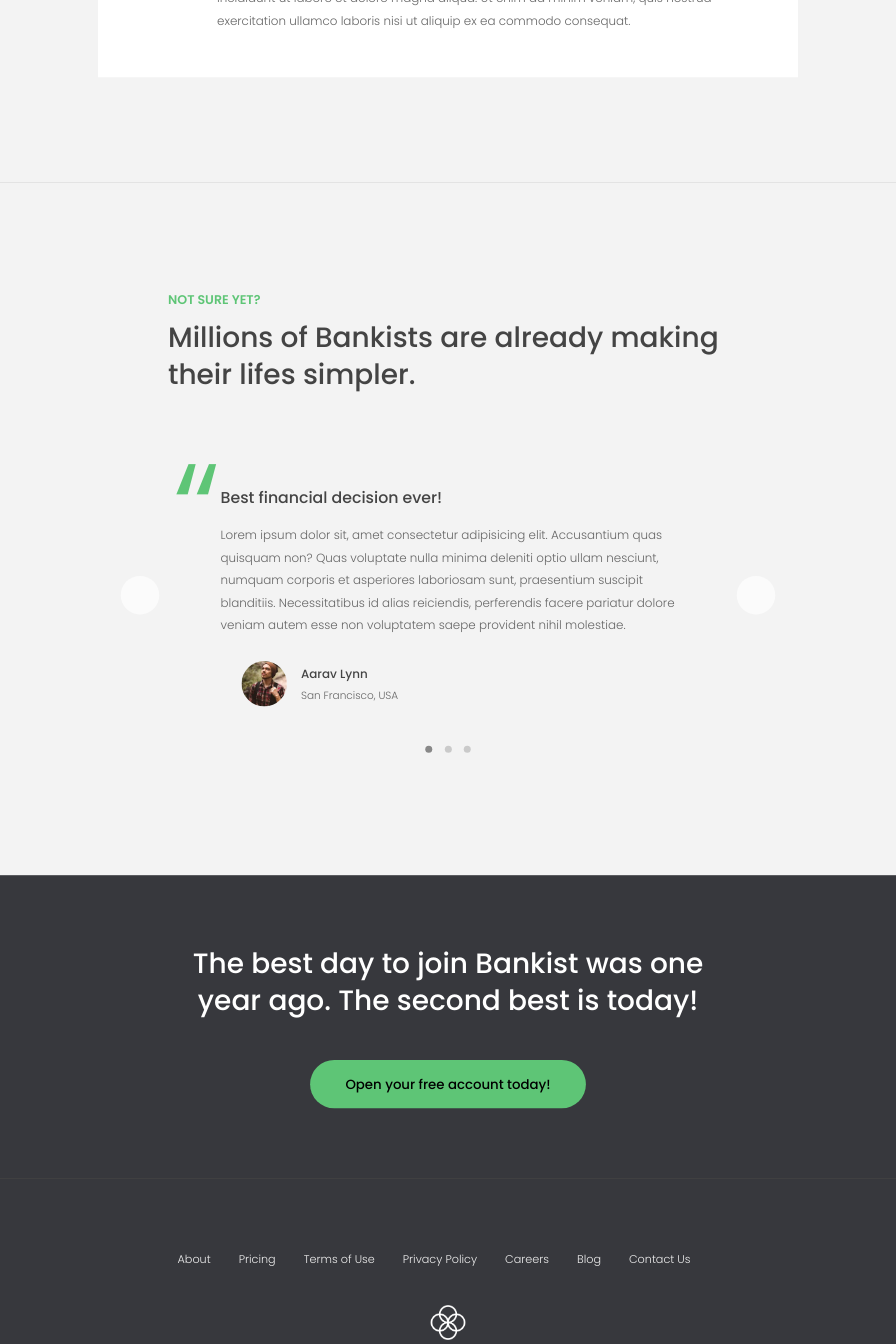
Repository: nptg3105/Bankist
Page: index.html
The author's editor kept a copy of each file at every save. The page is drawn from the files as they stood at one save, then again after the next save.
The browser window is 1280 px wide. The pictures show the part of the page from y = 2796 to 4716 px (the page is 4887 px tall), at 70% of full size.
Some web libraries are served in a nearby version.

Above is the page before, as saved 2022-06-02 13:59:23.

### index.html
<!DOCTYPE html>
<html lang="en">
  <head>
    <meta charset="UTF-8" />
    <meta name="viewport" content="width=device-width, initial-scale=1.0" />
    <meta http-equiv="X-UA-Compatible" content="ie=edge" />
    <link rel="shortcut icon" type="image/png" href="images/icon.png" />

    <link
      href="https://fonts.googleapis.com/css?family=Poppins:300,400,500,600&display=swap"
      rel="stylesheet"
    />
    <link
      rel="stylesheet"
      href="https://cdnjs.cloudflare.com/ajax/libs/font-awesome/6.1.1/css/all.min.css"
      integrity="sha512-KfkfwYDsLkIlwQp6LFnl8zNdLGxu9YAA1QvwINks4PhcElQSvqcyVLLD9aMhXd13uQjoXtEKNosOWaZqXgel0g=="
      crossorigin="anonymous"
      referrerpolicy="no-referrer"
    />
    <link rel="stylesheet" href="dist/index.css" />
    <title>Bankist | When Banking meets Minimalist</title>
  </head>
  <body>
    <header class="header">
      <nav class="nav">
        <img
          src="images/logo.png"
          alt="Bankist logo"
          class="nav__logo"
          id="logo"
        />
        <ul class="nav__links">
          <li class="nav__item">
            <a class="nav__link" href="#section--1">Features</a>
          </li>
          <li class="nav__item">
            <a class="nav__link" href="#section--2">Operations</a>
          </li>
          <li class="nav__item">
            <a class="nav__link" href="#section--3">Testimonials</a>
          </li>
          <li class="nav__item">
            <a class="nav__link nav__link--btn btn--show-modal" href="#"
              >Open account</a
            >
          </li>
        </ul>
      </nav>

      <div class="header__title">
        <h1>
          When
          <!-- Green highlight effect -->
          <span class="highlight">banking</span>
          meets<br />
          <span class="highlight">minimalist</span>
        </h1>
        <h4>A simpler banking experience for a simpler life.</h4>
        <button class="btn--text btn--scroll-to">Learn more &DownArrow;</button>
        <img
          src="images/hero.png"
          class="header__img"
          alt="Minimalist bank items"
        />
      </div>
    </header>

    <section class="section" id="section--1">
      <div class="section__title">
        <h2 class="section__description">Features</h2>
        <h3 class="section__header">
          Everything you need in a modern bank and more.
        </h3>
      </div>

      <div class="features">
        <img
          src="images/digital-lazy.jpg"
          data-src="images/digital.jpg"
          alt="Computer"
          class="features__img lazy-img"
        />
        <div class="features__feature">
          <div class="features__icon">
            <svg>
              <use xlink:href="images/icons.svg#icon-monitor"></use>
            </svg>
          </div>
          <h5 class="features__header">100% digital bank</h5>
          <p>
            Lorem ipsum dolor sit amet consectetur adipisicing elit. Unde alias
            sint quos? Accusantium a fugiat porro reiciendis saepe quibusdam
            debitis ducimus.
          </p>
        </div>

        <div class="features__feature">
          <div class="features__icon">
            <svg>
              <use xlink:href="images/icons.svg#icon-trending-up"></use>
            </svg>
          </div>
          <h5 class="features__header">Watch your money grow</h5>
          <p>
            Nesciunt quos autem dolorum voluptates cum dolores dicta fuga
            inventore ab? Nulla incidunt eius numquam sequi iste pariatur
            quibusdam!
          </p>
        </div>
        <img
          src="images/grow-lazy.jpg"
          data-src="images/grow.jpg"
          alt="Plant"
          class="features__img lazy-img"
        />

        <img
          src="images/card-lazy.jpg"
          data-src="images/card.jpg"
          alt="Credit card"
          class="features__img lazy-img"
        />
        <div class="features__feature">
          <div class="features__icon">
            <svg>
              <use xlink:href="images/icons.svg#icon-credit-card"></use>
            </svg>
          </div>
          <h5 class="features__header">Free debit card included</h5>
          <p>
            Quasi, fugit in cumque cupiditate reprehenderit debitis animi enim
            eveniet consequatur odit quam quos possimus assumenda dicta fuga
            inventore ab.
          </p>
        </div>
      </div>
    </section>

    <section class="section" id="section--2">
      <div class="section__title">
        <h2 class="section__description">Operations</h2>
        <h3 class="section__header">
          Everything as simple as possible, but no simpler.
        </h3>
      </div>

      <div class="operations">
        <div class="operations__tab-container">
          <button
            class="btn operations__tab operations__tab--1 operations__tab--active"
            data-tab="1"
          >
            <span>01</span>Instant Transfers
          </button>
          <button class="btn operations__tab operations__tab--2" data-tab="2">
            <span>02</span>Instant Loans
          </button>
          <button class="btn operations__tab operations__tab--3" data-tab="3">
            <span>03</span>Instant Closing
          </button>
        </div>
        <div
          class="operations__content operations__content--1 operations__content--active"
        >
          <div class="operations__icon operations__icon--1">
            <svg>
              <use xlink:href="images/icons.svg#icon-upload"></use>
            </svg>
          </div>
          <h5 class="operations__header">
            Tranfser money to anyone, instantly! No fees, no BS.
          </h5>
          <p>
            Lorem ipsum dolor sit amet, consectetur adipisicing elit, sed do
            eiusmod tempor incididunt ut labore et dolore magna aliqua. Ut enim
            ad minim veniam, quis nostrud exercitation ullamco laboris nisi ut
            aliquip ex ea commodo consequat.
          </p>
        </div>

        <div class="operations__content operations__content--2">
          <div class="operations__icon operations__icon--2">
            <svg>
              <use xlink:href="images/icons.svg#icon-home"></use>
            </svg>
          </div>
          <h5 class="operations__header">
            Buy a home or make your dreams come true, with instant loans.
          </h5>
          <p>
            Duis aute irure dolor in reprehenderit in voluptate velit esse
            cillum dolore eu fugiat nulla pariatur. Excepteur sint occaecat
            cupidatat non proident, sunt in culpa qui officia deserunt mollit
            anim id est laborum.
          </p>
        </div>
        <div class="operations__content operations__content--3">
          <div class="operations__icon operations__icon--3">
            <svg>
              <use xlink:href="images/icons.svg#icon-user-x"></use>
            </svg>
          </div>
          <h5 class="operations__header">
            No longer need your account? No problem! Close it instantly.
          </h5>
          <p>
            Excepteur sint occaecat cupidatat non proident, sunt in culpa qui
            officia deserunt mollit anim id est laborum. Ut enim ad minim
            veniam, quis nostrud exercitation ullamco laboris nisi ut aliquip ex
            ea commodo consequat.
          </p>
        </div>
      </div>
    </section>

    <section class="section" id="section--3">
      <div class="section__title section__title--testimonials">
        <h2 class="section__description">Not sure yet?</h2>
        <h3 class="section__header">
          Millions of Bankists are already making their lifes simpler.
        </h3>
      </div>

      <div class="slider">
        <div class="slide slide--1">
          <div class="testimonial">
            <h5 class="testimonial__header">Best financial decision ever!</h5>
            <blockquote class="testimonial__text">
              Lorem ipsum dolor sit, amet consectetur adipisicing elit.
              Accusantium quas quisquam non? Quas voluptate nulla minima
              deleniti optio ullam nesciunt, numquam corporis et asperiores
              laboriosam sunt, praesentium suscipit blanditiis. Necessitatibus
              id alias reiciendis, perferendis facere pariatur dolore veniam
              autem esse non voluptatem saepe provident nihil molestiae.
            </blockquote>
            <address class="testimonial__author">
              <img src="images/user-1.jpg" alt="" class="testimonial__photo" />
              <h6 class="testimonial__name">Aarav Lynn</h6>
              <p class="testimonial__location">San Francisco, USA</p>
            </address>
          </div>
        </div>

        <div class="slide slide--2">
          <div class="testimonial">
            <h5 class="testimonial__header">
              The last step to becoming a complete minimalist
            </h5>
            <blockquote class="testimonial__text">
              Quisquam itaque deserunt ullam, quia ea repellendus provident,
              ducimus neque ipsam modi voluptatibus doloremque, corrupti
              laborum. Incidunt numquam perferendis veritatis neque repellendus.
              Lorem, ipsum dolor sit amet consectetur adipisicing elit. Illo
              deserunt exercitationem deleniti.
            </blockquote>
            <address class="testimonial__author">
              <img src="images/user-2.jpg" alt="" class="testimonial__photo" />
              <h6 class="testimonial__name">Miyah Miles</h6>
              <p class="testimonial__location">London, UK</p>
            </address>
          </div>
        </div>

        <div class="slide slide--3">
          <div class="testimonial">
            <h5 class="testimonial__header">
              Finally free from old-school banks
            </h5>
            <blockquote class="testimonial__text">
              Debitis, nihil sit minus suscipit magni aperiam vel tenetur
              incidunt commodi architecto numquam omnis nulla autem,
              necessitatibus blanditiis modi similique quidem. Odio aliquam
              culpa dicta beatae quod maiores ipsa minus consequatur error sunt,
              deleniti saepe aliquid quos inventore sequi. Necessitatibus id
              alias reiciendis, perferendis facere.
            </blockquote>
            <address class="testimonial__author">
              <img src="images/user-3.jpg" alt="" class="testimonial__photo" />
              <h6 class="testimonial__name">Francisco Gomes</h6>
              <p class="testimonial__location">Lisbon, Portugal</p>
            </address>
          </div>
        </div>

        <!-- <div class="slide"><img src="images/img-1.jpg" alt="Photo 1" /></div>
        <div class="slide"><img src="images/img-2.jpg" alt="Photo 2" /></div>
        <div class="slide"><img src="images/img-3.jpg" alt="Photo 3" /></div>
        <div class="slide"><img src="images/img-4.jpg" alt="Photo 4" /></div> -->

        <button class="slider__btn slider__btn--left">
          <i class="fa-thin fa-circle-chevron-left"></i>
        </button>
        <button class="slider__btn slider__btn--right">
          <i class="fa-thin fa-circle-chevron-right"></i>
          <i class="fa-thin fa-angle-right"></i>
        </button>
        <div class="dots"></div>
      </div>
    </section>

    <section class="section section--sign-up">
      <div class="section__title">
        <h3 class="section__header">
          The best day to join Bankist was one year ago. The second best is
          today!
        </h3>
      </div>
      <button class="btn btn--show-modal">Open your free account today!</button>
    </section>

    <footer class="footer">
      <ul class="footer__nav">
        <li class="footer__item">
          <a class="footer__link" href="#">About</a>
        </li>
        <li class="footer__item">
          <a class="footer__link" href="#">Pricing</a>
        </li>
        <li class="footer__item">
          <a class="footer__link" href="#">Terms of Use</a>
        </li>
        <li class="footer__item">
          <a class="footer__link" href="#">Privacy Policy</a>
        </li>
        <li class="footer__item">
          <a class="footer__link" href="#">Careers</a>
        </li>
        <li class="footer__item">
          <a class="footer__link" href="#">Blog</a>
        </li>
        <li class="footer__item">
          <a class="footer__link" href="#">Contact Us</a>
        </li>
      </ul>
      <img src="images/icon.png" alt="Logo" class="footer__logo" />
      <p class="footer__copyright">
        &copy; Copyright by
        <a
          class="footer__link twitter-link"
          target="_blank"
          href="https://twitter.com/jonasschmedtman"
          >Jonas Schmedtmann</a
        >. Use for learning or your portfolio. Don't use to teach. Don't claim
        as your own product.
      </p>
    </footer>

    <div class="modal hidden">
      <button class="btn--close-modal">&times;</button>
      <h2 class="modal__header">
        Open your bank account <br />
        in just <span class="highlight">5 minutes</span>
      </h2>
      <form class="modal__form">
        <label>First Name</label>
        <input type="text" />
        <label>Last Name</label>
        <input type="text" />
        <label>Email Address</label>
        <input type="email" />
        <button class="btn">Next step &rarr;</button>
      </form>
    </div>
    <div class="overlay hidden"></div>

    <script src="./src/js/script.js"></script>
  </body>
</html>

Loaded but not shown: dist/index.css (library); src/js/script.js (241 lines, source omitted)

After the next save:
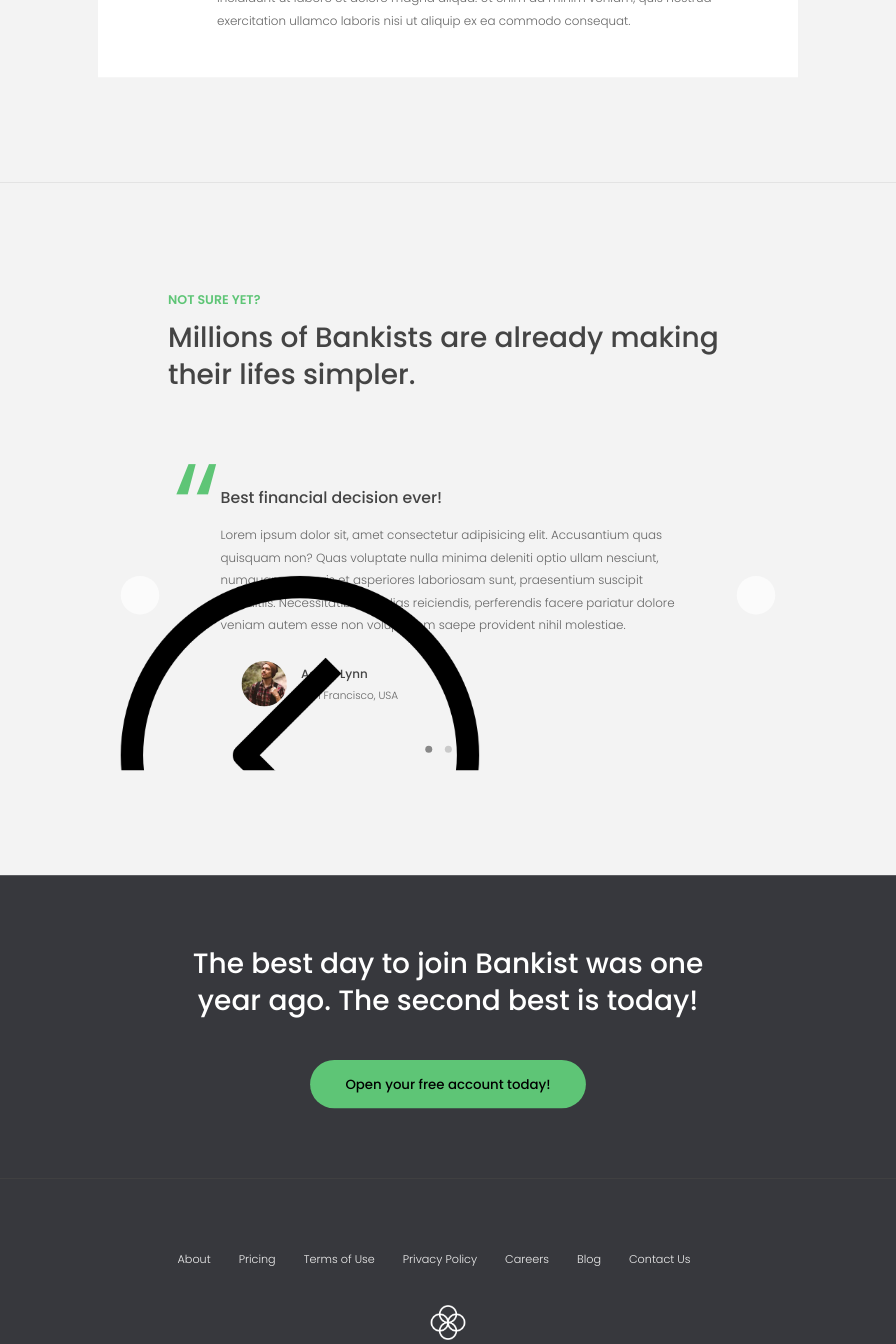
Saved 2 min 16 s later.
--- a/index.html
+++ b/index.html
@@ -288,7 +288,7 @@
         <div class="slide"><img src="images/img-4.jpg" alt="Photo 4" /></div> -->
 
         <button class="slider__btn slider__btn--left">
-          <i class="fa-thin fa-circle-chevron-left"></i>
+          <img src="./images/left-arrow.png" alt="" />
         </button>
         <button class="slider__btn slider__btn--right">
           <i class="fa-thin fa-circle-chevron-right"></i>

After the save that followed:
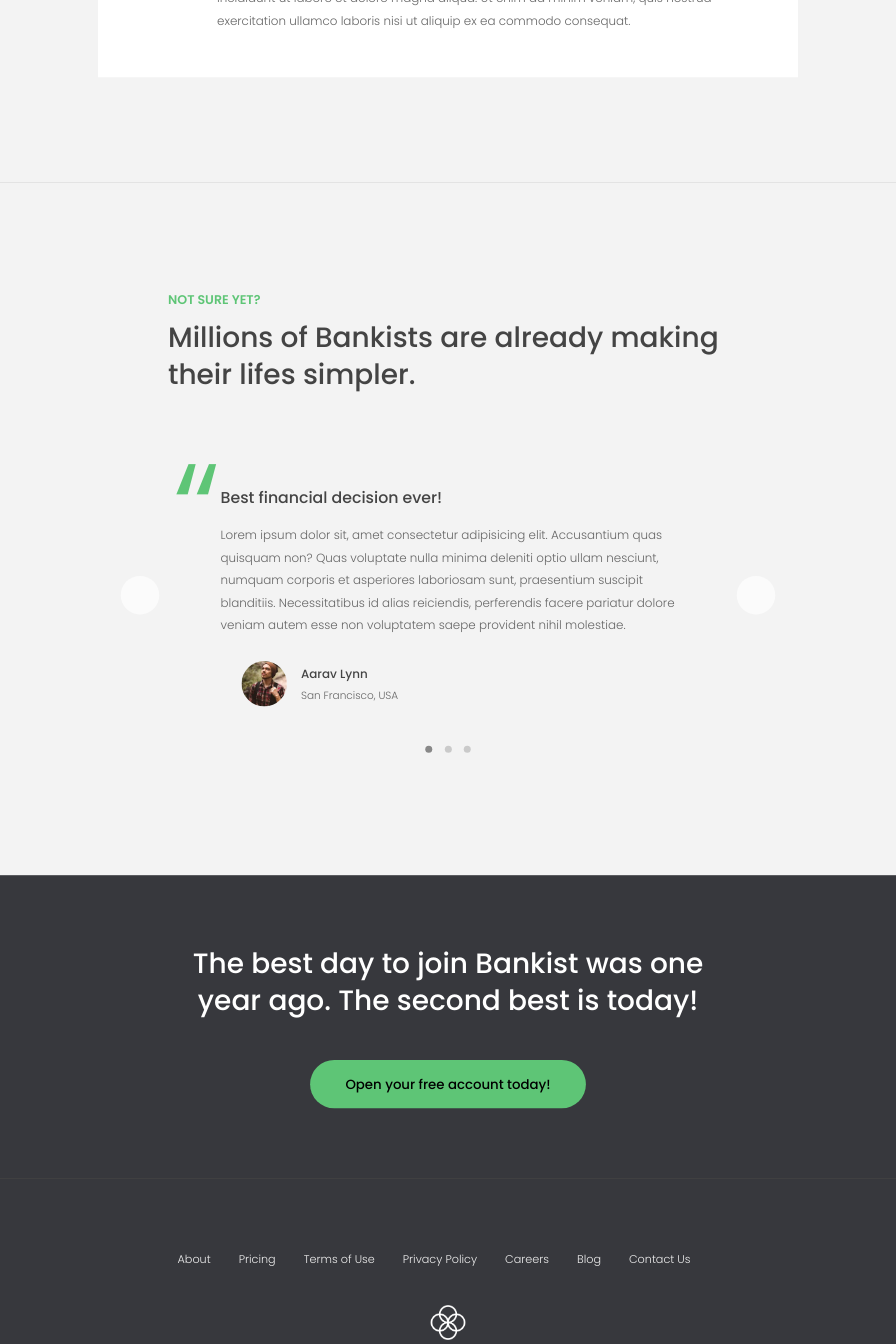
Saved 30 s later.
--- a/index.html
+++ b/index.html
@@ -288,7 +288,7 @@
         <div class="slide"><img src="images/img-4.jpg" alt="Photo 4" /></div> -->
 
         <button class="slider__btn slider__btn--left">
-          <img src="./images/left-arrow.png" alt="" />
+          <i class="fa-thin fa-circle-chevron-left"></i>
         </button>
         <button class="slider__btn slider__btn--right">
           <i class="fa-thin fa-circle-chevron-right"></i>
